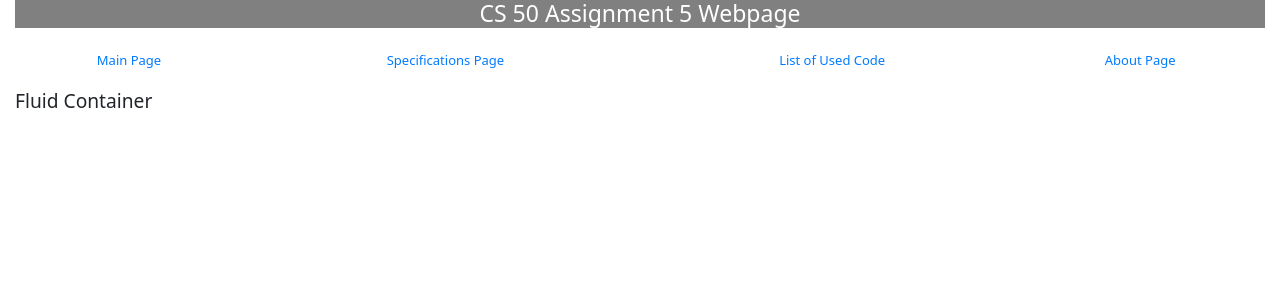
Repository: RSchwinn/cs50
Page: workspace/pset5/homepage/index.html
The author's editor kept a record of every edit. The page is drawn from the files as they stood at one moment, then again after the next edit.
The browser window is 1280 px wide. The pictures show the whole page.

Above is the page before.

### workspace/pset5/homepage/index.html
<!DOCTYPE html>

<html lang="en">
    <head>
        <!-- Required meta tags -->
        <meta charset="utf-8">
        <meta name="viewport" content="width=device-width, initial-scale=1, shrink-to-fit=no">

        <!-- Bootstrap CSS -->
        <link rel="stylesheet" href="https://stackpath.bootstrapcdn.com/bootstrap/4.1.3/css/bootstrap.min.css" integrity="sha384-MCw98/SFnGE8fJT3GXwEOngsV7Zt27NXFoaoApmYm81iuXoPkFOJwJ8ERdknLPMO" crossorigin="anonymous">
        <link href="styles.css" rel="stylesheet">
        <title>CS 50 Assignment 5 Webpage </title>
    </head>
    <body>
<div class="container-fluid">
            <h1> CS 50 Assignment 5 Webpage </h1>
<table>
  <tr>
<td><a href="index.html">Main Page</a> </td>
<td><a href="specs.html">Specifications Page</a> </td>
<td><a href="add.html">List of Used Code</a> </td>
<td><a href="about.html">About Page</a> </td>
</tr>
</table>


    Fluid Container
    </div>

        <script src="https://code.jquery.com/jquery-3.3.1.slim.min.js" integrity="sha384-q8i/X+965DzO0rT7abK41JStQIAqVgRVzpbzo5smXKp4YfRvH+8abtTE1Pi6jizo" crossorigin="anonymous"></script>
        <script src="https://cdnjs.cloudflare.com/ajax/libs/popper.js/1.14.3/umd/popper.min.js" integrity="sha384-ZMP7rVo3mIykV+2+9J3UJ46jBk0WLaUAdn689aCwoqbBJiSnjAK/l8WvCWPIPm49" crossorigin="anonymous"></script>
        <script src="https://stackpath.bootstrapcdn.com/bootstrap/4.1.3/js/bootstrap.min.js" integrity="sha384-ChfqqxuZUCnJSK3+MXmPNIyE6ZbWh2IMqE241rYiqJxyMiZ6OW/JmZQ5stwEULTy" crossorigin="anonymous"></script>
    </body>
</html>

### workspace/pset5/homepage/styles.css
body
{
    font-size: larger;
    font-family: sans;
}

h1
{
    background-color: grey;
    color: white;
    font-size: larger;
    font-family: sans;
    text-align: center;
}

#unique
{
    border: 4px dotted blue;
}

table
{
    border: 1px solid white;
    text-align: center;
    width:100%;
    font-size: small;
}

tr
{
    height: 50px;
}

td
{
    border: 1px solid white;
    color: white;
}

.students
{
    background-color: yellow;
    opacity: 0.7;
}

After the next edit:
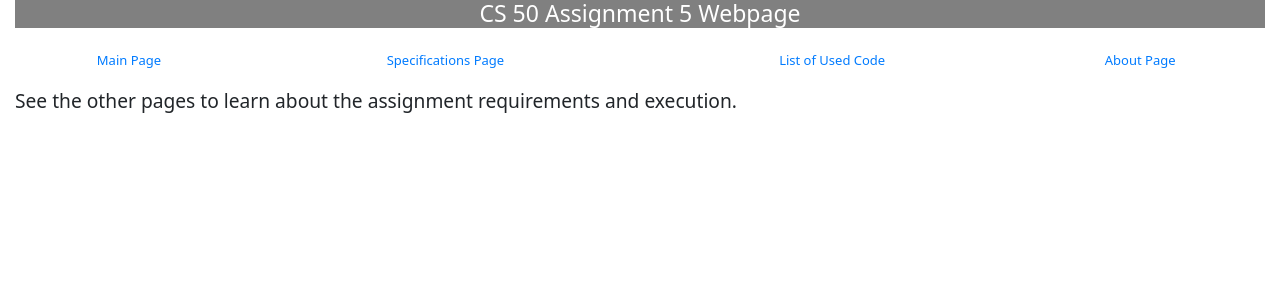
The edit:
--- a/workspace/pset5/homepage/index.html
+++ b/workspace/pset5/homepage/index.html
@@ -23,8 +23,8 @@
 </tr>
 </table>
 
+See the other pages to learn about the assignment requirements and execution.
 
-    Fluid Container
     </div>
 
         <script src="https://code.jquery.com/jquery-3.3.1.slim.min.js" integrity="sha384-q8i/X+965DzO0rT7abK41JStQIAqVgRVzpbzo5smXKp4YfRvH+8abtTE1Pi6jizo" crossorigin="anonymous"></script>
